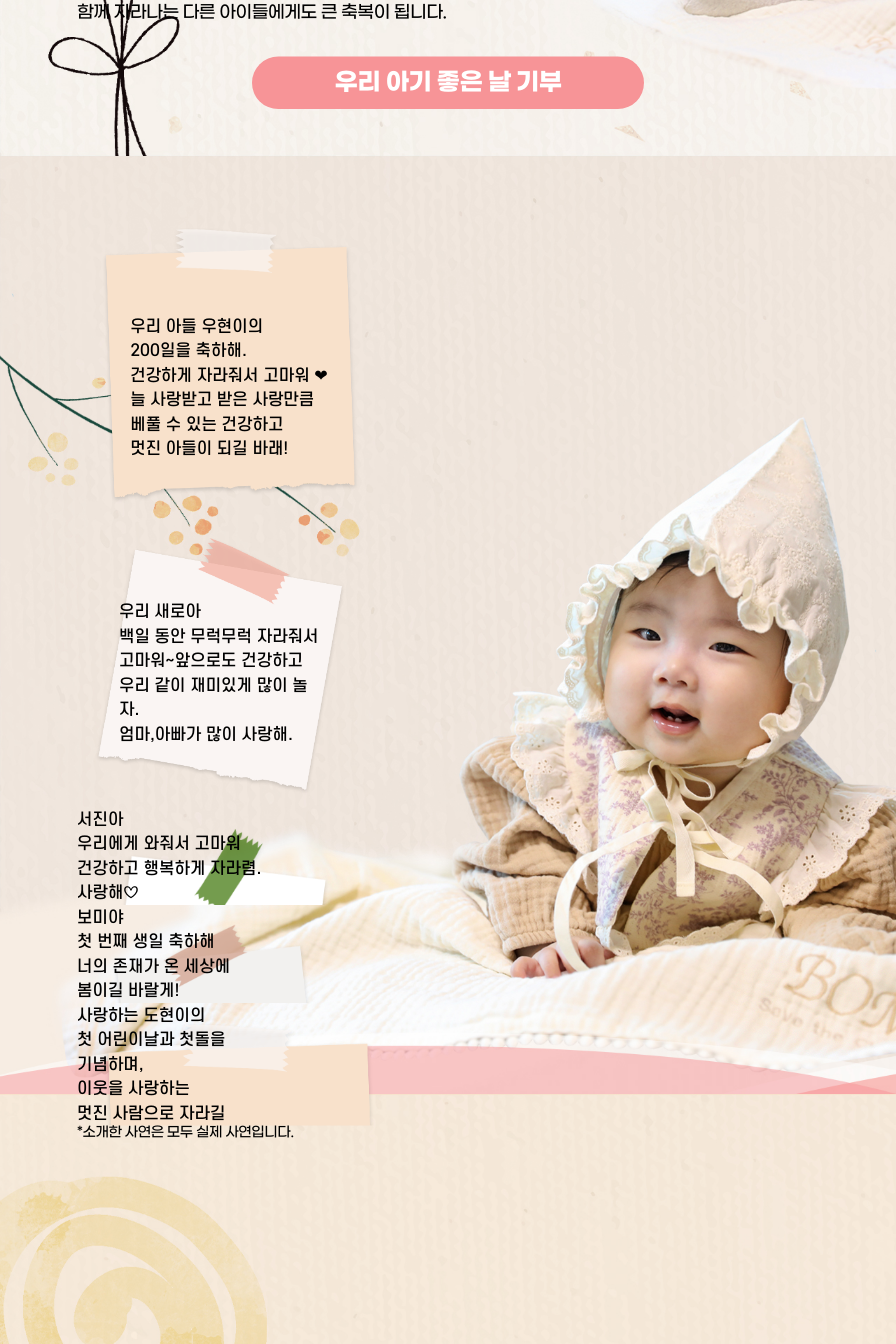
Repository: dlgywls1130/save_the_children
Page: index.html
An editor plug-in stored every save of this project. The page is shown before and after the next save, followed by the edit.
The browser window is 1280 px wide. The pictures show the part of the page from y = 857 to 2777 px (the page is 4840 px tall), at 70% of full size.

Above is the page before, as saved 2023-12-12 22:08:54.

### index.html
<!DOCTYPE html>
<html lang="en">
<head>
    <meta charset="UTF-8">
    <meta name="viewport" content="width=device-width, initial-scale=1.0">
    <title>세이브더칠드런</title>

    <link rel="stylesheet" href="./css/reset.css">
    <link rel="stylesheet" href="./css/style.css">
</head>
<body>
    <div class="content_body">
        <section class="section_wrapper section01">
            <div class="se01 se_wrapper">
                <div class="se01_sub">
                    <div class="sub_logo">
                        <img src="./img/logo01.png" alt="logo">
                    </div>
                    <p>우리 아기 좋은 날 기부</p>
                </div>
                <p class="seo01_title">
                    아가야,
                </p>
                <p class="seo01_title_two">
                    너의 <span>탄생</span> 순간을 축하해!
                </p>
                <p class="section_descript mb-45">
                    처음 아기의 심장 소리를 들었던 순간,
                    <br>여린 아가의 성장이 실감나던 배냇짓,
                    <br>기적 같았던 백일,
                    <br>그리고 아이의 첫 생일인 첫돌...
                </p>
                <p class="section_descript">
                    아이의 건강과 행복을 바라는 마음을 담아,
                    <br>내 아이의 소중한 순간을 기부로 기념해보세요.
                    <br>함께 자라나는 다른 아이들에게도 큰 축복이 됩니다.
                </p>

                <a class="donation_link" href="javascript:void(0)">우리 아기 좋은 날 기부</a>
            </div>
        </section>
        <section class="section_wrapper section02">
            <div class="se02 se_wrapper">
                <div class="postit_wrapper">
                    <div class="postit postit01">
                        우리 아들 우현이의<br>
                        200일을 축하해.<br>
                        건강하게 자라줘서 고마워 ❤<br>
                        늘 사랑받고 받은 사랑만큼<br>
                        베풀 수 있는 건강하고<br>
                        멋진 아들이 되길 바래!
                    </div>
                    <div class="postit postit02">
                        우리 새로아<Br>
                        백일 동안 무럭무럭 자라줘서<Br>
                        고마워~앞으로도 건강하고<Br>
                        우리 같이 재미있게 많이 놀자.<Br>
                        엄마,아빠가 많이 사랑해.
                    </div>
                    <div class="postit postit03">
                        서진아<br>
                        우리에게 와줘서 고마워<br>
                        건강하고 행복하게 자라렴.<br>
                        사랑해♡
                    </div>
                    <div class="postit postit04">
                        보미야<br>
                        첫 번째 생일 축하해<br>
                        너의 존재가 온 세상에<br>
                        봄이길 바랄게!
                    </div>
                    <div class="postit postit05">
                        사랑하는 도현이의<br>
                        첫 어린이날과 첫돌을<br>
                        기념하며, <br>
                        이웃을 사랑하는<br>
                        멋진 사람으로 자라길

                    </div>
                </div>
                <p class="ex_text">*소개한 사연은 모두 실제 사연입니다.</p>

            </div>
        </section>
        <section class="section_wrapper section03">

        </section>
        <section class="section_wrapper section04">

        </section>
        <section class="section_wrapper section05">

        </section>
        <section class="section_wrapper section06">

        </section>
        <section class="section_wrapper section07">

        </section>
        <section class="section_wrapper section08">

        </section>
    </div>
</body>
</html>

### css/reset.css


html, body, div, span, applet, object, iframe,
h1, h2, h3, h4, h5, h6, p, blockquote, pre,
a, abbr, acronym, address, big, cite, code,
del, dfn, em, img, ins, kbd, q, s, samp,
small, strike, strong, sub, sup, tt, var,
b, u, i, center,
dl, dt, dd, ol, ul, li,
fieldset, form, label, legend,
table, caption, tbody, tfoot, thead, tr, th, td,
article, aside, canvas, details, embed,
figure, figcaption, footer, header, hgroup,
menu, nav, output, ruby, section, summary,
time, mark, audio, video {
	margin: 0;
	padding: 0;
	border: 0;
	font-size: 100%;
	font: inherit;
	vertical-align: baseline;
}

article, aside, details, figcaption, figure,
footer, header, hgroup, menu, nav, section {
	display: block;
}
body {
	line-height: 1;
}
ol, ul {
	list-style: none;
}
blockquote, q {
	quotes: none;
}
blockquote:before, blockquote:after,
q:before, q:after {
	content: '';
	content: none;
}
table {
	border-collapse: collapse;
	border-spacing: 0;
}

### css/style.css

/* root */
:root{
    --main-color:#B17A60;
    --pink-color:#F79497;
}


/* font */

/* dongle */
@font-face {
    font-family: 'Dongle';
    font-weight: 300;
    src: url('../font/Dongle-Light.ttf') format('ttf'),
    url('../font/Dongle-Light.woff') format('woff');
}

@font-face {
    font-family: 'Dongle';
    font-weight: 500;
    src: url('../font/Dongle-Regular.ttf') format('ttf'),
    url('../font/Dongle-Regular.woff') format('woff');
}

@font-face {
    font-family: 'Dongle';
    font-weight: 700;
    src: url('../font/Dongle-Bold.ttf') format('ttf'),
    url('../font/Dongle-Bold.woff') format('woff');
}


/* Gmarket */
@font-face {
    font-family: 'GmarketSans';
    font-weight: 300;
    src: url('../font/GmarketSansLight.ttf') format('ttf'),
    url('../font/GmarketSansLight.woff') format('woff');
}

@font-face {
    font-family: 'GmarketSans';
    font-weight: 500;
    src: url('../font/GmarketSansMedium.ttf') format('ttf'),
    url('../font/GmarketSansMedium.woff') format('woff');
}

@font-face {
    font-family: 'GmarketSans';
    font-weight: 700;
    src: url('../font/GmarketSansBold.ttf') format('ttf'),
    url('../font/GmarketSansBold.woff') format('woff');
}


/* nanumsqure */

@font-face {
    font-family: 'NanumSquare';
    font-weight: 400;
    src: url('../font/NanumSquareL.ttf') format('ttf'),
    url('../font/NanumSquareL.woff') format('woff');
}

@font-face {
    font-family: 'NanumSquare';
    font-weight: 500;
    src: url('../font/NanumSquareR.ttf') format('ttf'),
    url('../font/NanumSquareR.woff') format('woff');
}

@font-face {
    font-family: 'NanumSquare';
    font-weight: 600;
    src: url('../font/NanumSquareB.ttf') format('ttf'),
    url('../font/NanumSquareB.woff') format('woff');
}

@font-face {
    font-family: 'NanumSquare';
    font-weight: 700;
    src: url('../font/NanumSquareEB.ttf') format('ttf'),
    url('../font/NanumSquareEB.woff') format('woff');
}



/* scdream5 */
@font-face {
    font-family: 'SCDream5';
    src: url('../font/SCDream5.woff') format('woff'),
    url('../font/SCDream5.ttf') format('ttf'),
    url('../font/SCDream5.otf') format('otf');
}


.section_wrapper{
    max-width:1920px;
    width: 100%;

}

.se_wrapper{
    max-width: 1060px;
    margin: 0 auto;
    width: 100%;
    position: relative;
}


/* common */
.mb-45{margin-bottom: 45px;}

/* section01 */


.section01{
    background: url('../img/back01.jpg') no-repeat;
    height: 1080px;

}

.se01{
    padding: 230px 0 70px;

}
.se01_sub{

    display: flex;
    align-items: center;
    margin-bottom: 30px;
}

.sub_logo{
    width: 198px;
    height: 65px;
    margin-right: 15px;
}

.sub_logo img{
    width: 100%;
    height: 100%;
    object-fit: contain;
}

.se01_sub p{
    width: 302px;
    height: 52px;
    background: #B17A60;
    border-radius: 20px;
    display: flex;
    align-items: center;
    justify-content: center;
    letter-spacing: -0.03em;
    font-size: 25px;
    font-weight: 700;
    font-family: 'GmarketSans',sans-serif;
    color: #fff;
}

.seo01_title{
    font-family: 'Dongle',sans-serif;
    font-weight: 500;
    font-size: 150px;
    color: var(--main-color);
    letter-spacing: -0.03em;
}

.seo01_title_two{
    font-family: 'Dongle',sans-serif;
    font-weight: 500;
    font-size: 120px;
    color: var(--main-color);
    letter-spacing: -0.03em;
    margin-top: -4%;
    margin-bottom: 50px;
}

.section_descript{
    font-size: 25px;
    line-height: 35px;
    font-family: 'GmarketSans';
    font-weight: 500;
    letter-spacing: -0.03em;
    color: #000;
}

.donation_link{
    width: 560px;
    height: 75px;
    border-radius: 100px;
    display: flex;
    align-items: center;
    justify-content: center;
    background: var(--pink-color);
    color: #fff;
    font-family: 'GmarketSans';
    font-size: 35px;
    font-weight: 700;
    letter-spacing: -0.03em;
    text-decoration: none;
    margin: 45px auto 0;
}
/* section02 */

.section02{
    height: 1340px;
    background: url('../img/back03.jpg') no-repeat;
}

.se02{
    padding: 76px 0 96px;
}

.ex_text{
    font-family: 'GmarketSans';
    font-size: 20px;
    font-weight: 500;
    letter-spacing: -0.03em;
}

.postit{
    font-family: 'SCDream5';
    font-size: 23px;
    line-height: 35px;
}

.postit01{
    background:url('../img/post04.png') no-repeat;
    width: 438px;
    height: 438px;
    background-size: contain;
    padding: 150px 76px 99px;
    box-sizing: border-box;
}

.postit02{
    background:url('../img/post05.png') no-repeat;
    width: 416px;
    height: 416px;
    background-size: contain;
    padding: 120px 60px 99px;
    box-sizing: border-box;
}

.postit03{
    background:url('../img/post02.png') no-repeat;
}

.postit04{
    background:url('../img/post03.png') no-repeat;
}

.postit05{
    background:url('../img/post04.png') no-repeat;
}
/* section03 */

.section03{
    height: 1340px;
    background: url('../img/back04.jpg') no-repeat;
}

/* section04 */

.section04{
    height: 1080px;

}

/* section05 */

/* section06 */

/* section07 */

/* section08 */

After the next save:
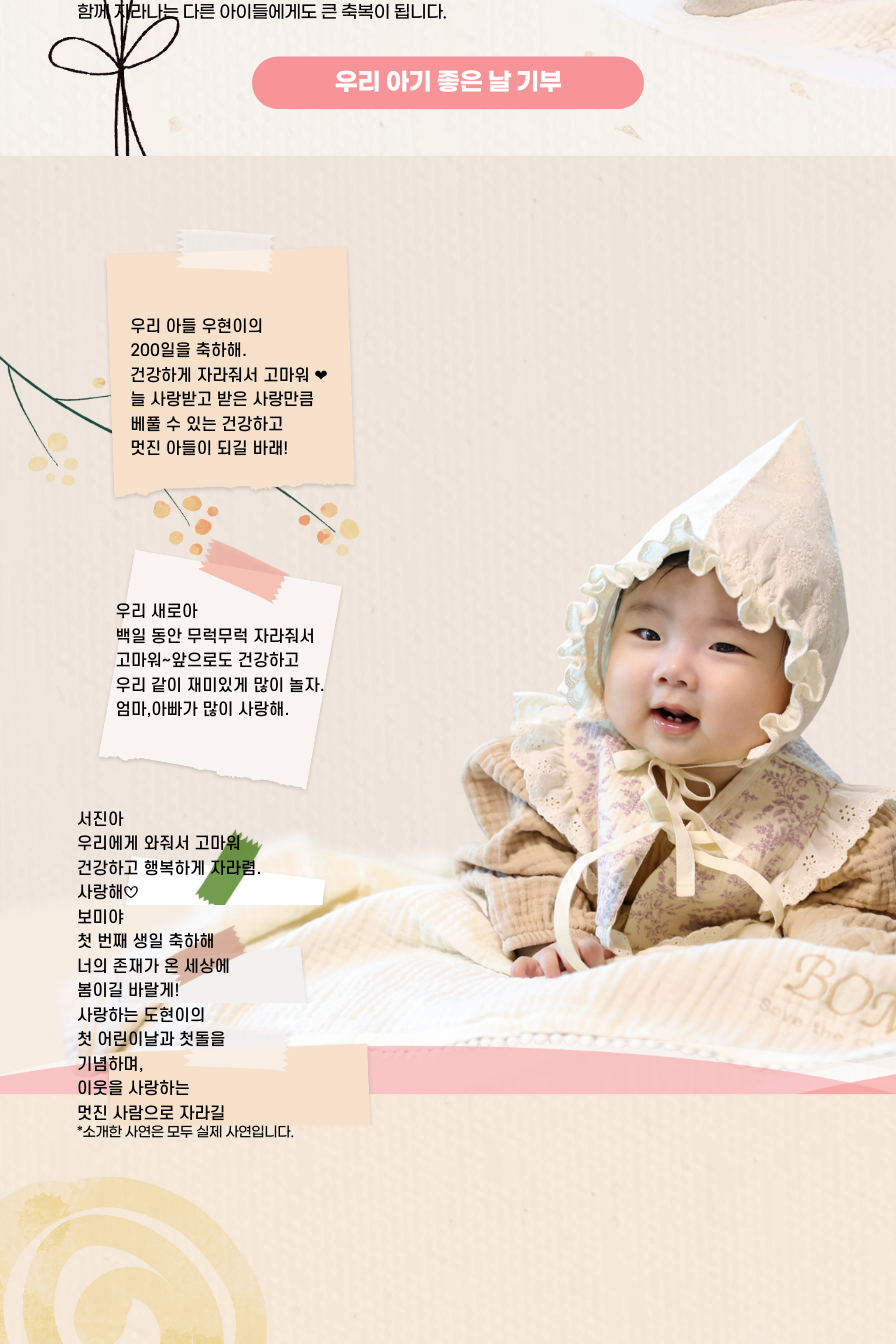
Saved 12 s later.
--- a/css/style.css
+++ b/css/style.css
@@ -240,7 +240,7 @@
     width: 416px;
     height: 416px;
     background-size: contain;
-    padding: 120px 60px 99px;
+    padding: 120px 55px 99px;
     box-sizing: border-box;
 }
 
